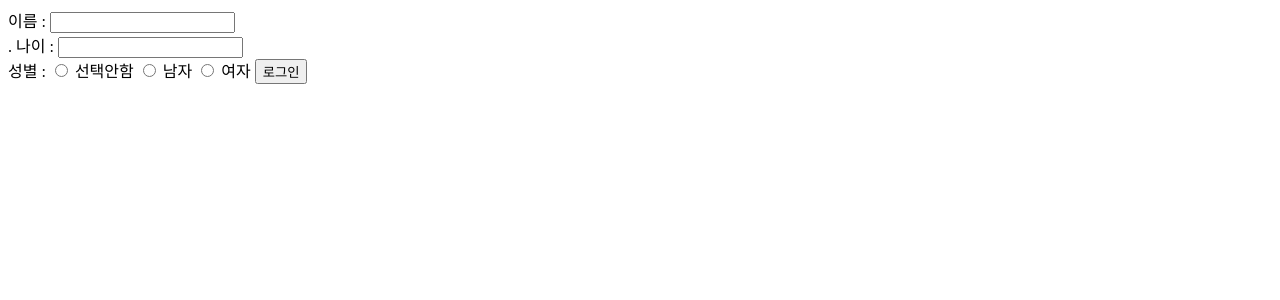
Repository: Kimth520/JSP-study
Page: http://localhost/day02_task/
An editor plug-in stored every save of this project. The page is shown before and after the next save, followed by the edit.
The browser window is 1280 px wide. The pictures show the whole page.
The page is served by Tomcat 9.

Above is the page before, as saved 2025-01-14 02:16:59.

After the next save:
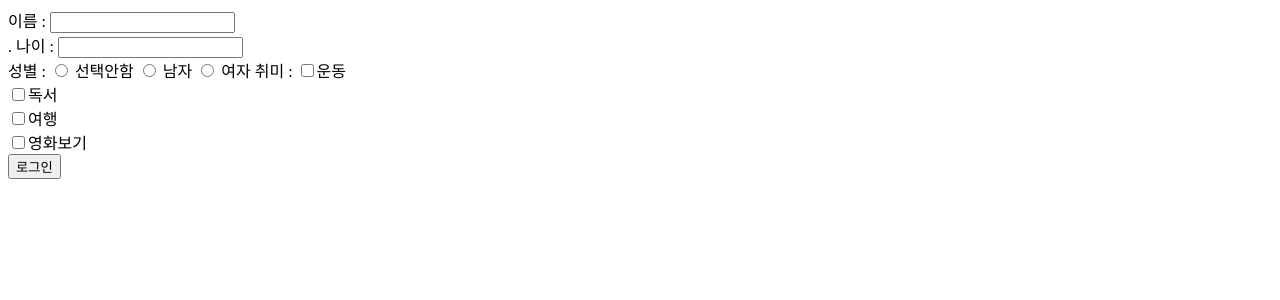
Saved 2 min 21 s later.
--- a/workspace/day02_task/src/main/webapp/index.jsp
+++ b/workspace/day02_task/src/main/webapp/index.jsp
@@ -22,6 +22,11 @@
       <input type="radio" id="female" name="gender" value="여자">
       <label for="female">여자</label>
 
+      <label>취미 : </label>
+      <input type="checkbox" name="hobby" value="운동">운동<br>
+      <input type="checkbox" name="hobby" value="독서">독서<br>
+      <input type="checkbox" name="hobby" value="여행">여행<br>
+      <input type="checkbox" name="hobby" value="영화보기">영화보기<br>
 
       <button type="submit">로그인</button>
    </form>
